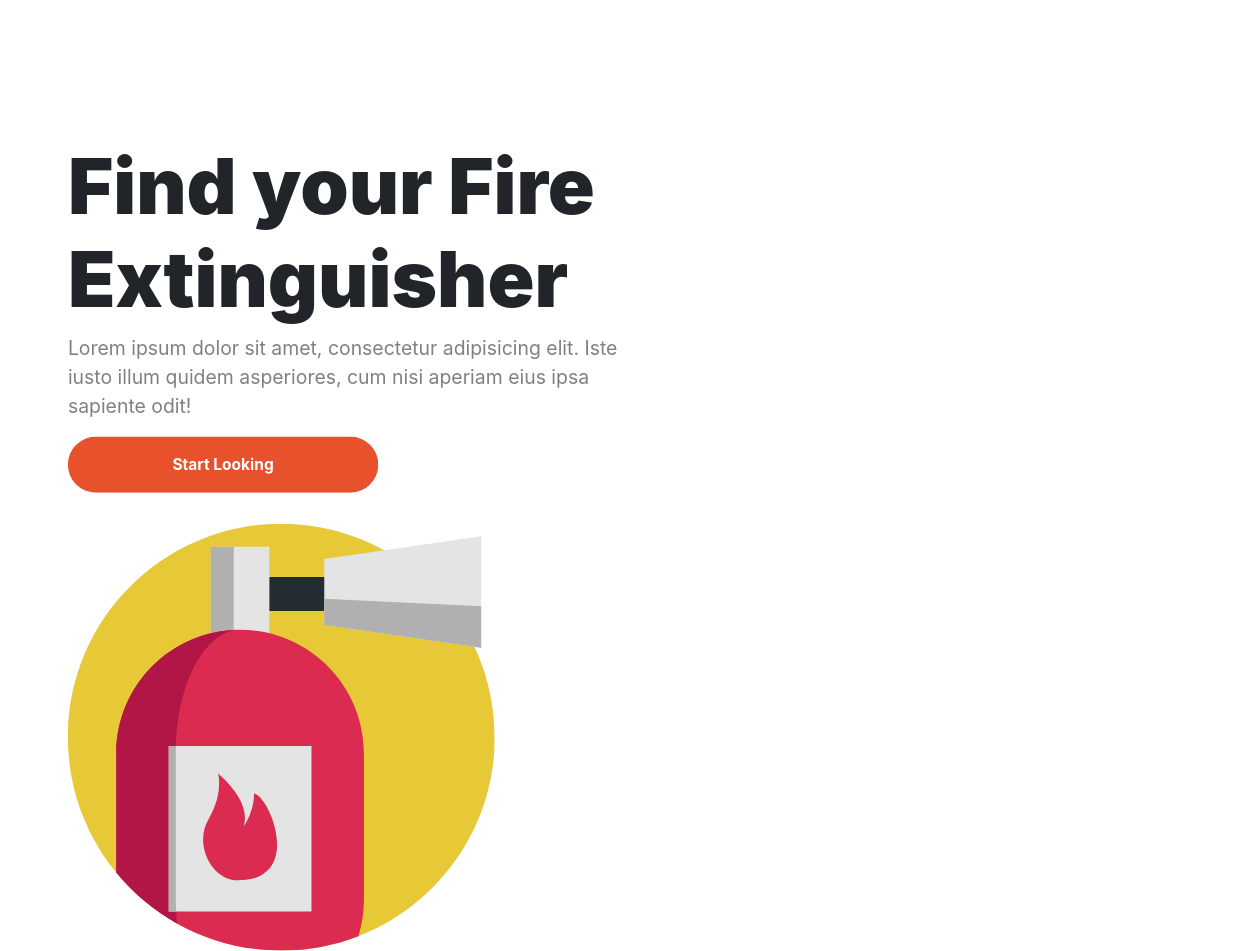
Repository: tomas938/Nuxt-crash-app
Page: /
An editor plug-in stored every save of this project. The page is shown before and after the next save, followed by the edit.
The browser window is 1280 px wide. The pictures show the whole page, at 97% of full size.
The project was rebuilt for these pictures with package versions that can differ from the ones it lists, and the page was loaded fresh each time. The framework's server and built-in components were replaced by stand-ins that run in the browser. Also part of the build but not shown: nuxt.config.js.

Above is the page before, as saved 2021-08-29 11:59:17.

After the next save:
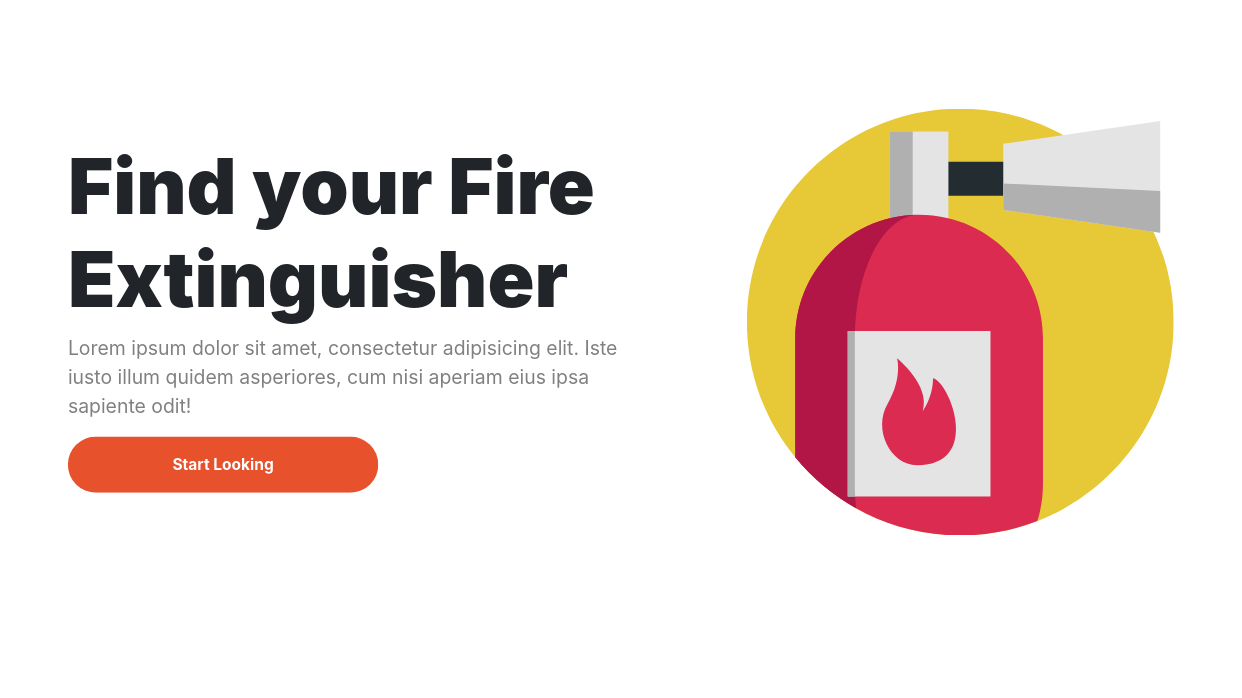
Saved 88 s later.
--- a/components/Hero.vue
+++ b/components/Hero.vue
@@ -7,8 +7,8 @@
         illum quidem asperiores, cum nisi aperiam eius ipsa sapiente odit!
       </p>
       <button class="button btn">Start Looking</button>
-      <img src="../assets/fire-extinguisher.svg" alt="" class="image" />
     </div>
+    <img src="../assets/fire-extinguisher.svg" alt="" class="image" />
   </div>
 </template>
 
